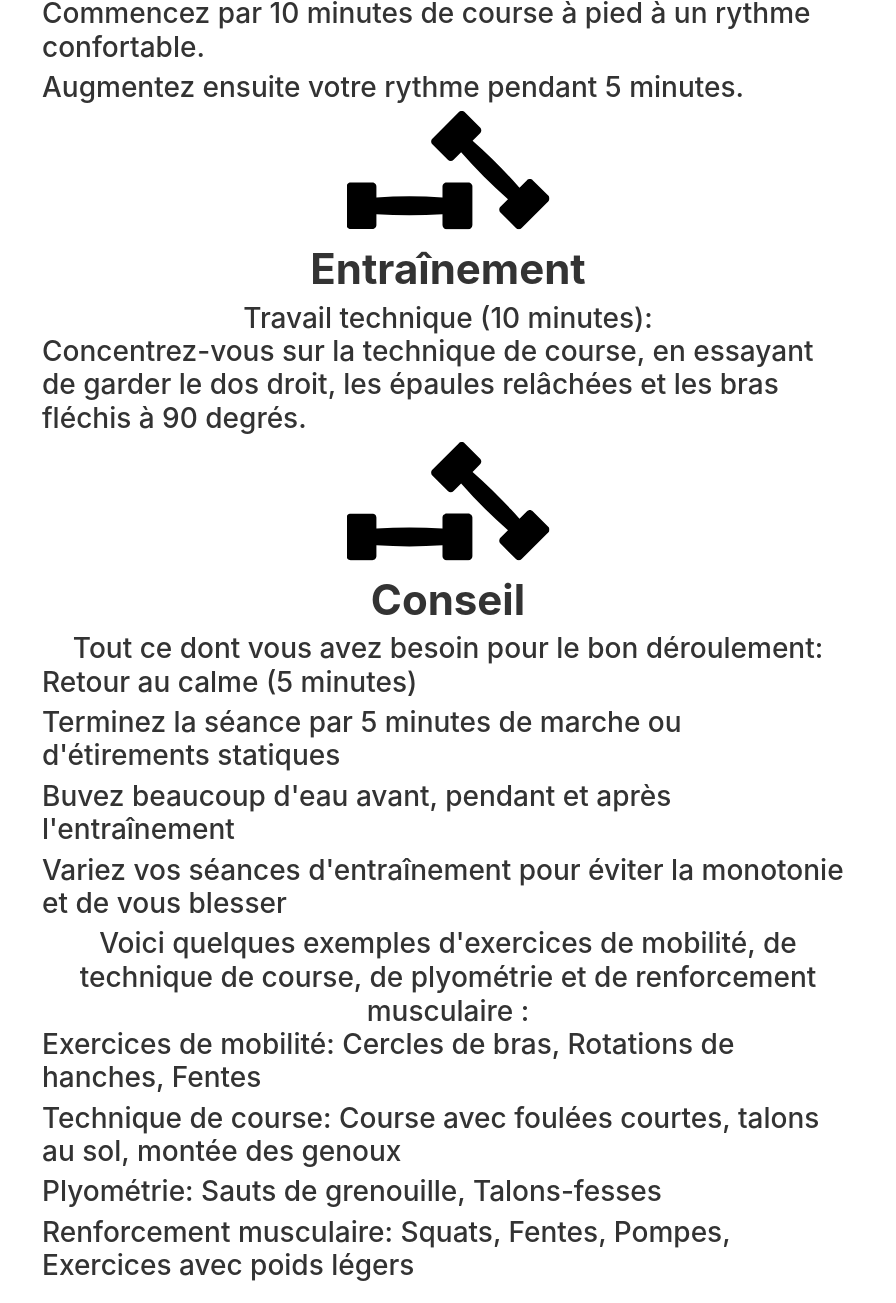
Repository: AdilGHAZAL/MosaiqueWebdoc
Page: /
These files come from the project's save history. The page is drawn as it stood at one moment and after the next save; the edit follows.
The browser window is 1280 px wide. The pictures show the part of the page from y = 0 to 1920 px (the page is 1861 px tall before and 3728 px after), at 70% of full size.
Some web fonts or font styles are not loaded; a fallback is used. The project was rebuilt for these pictures with package versions that can differ from the ones it lists, and the page was loaded fresh each time. Also part of the build but not shown: vite.config.js, src/App.css, src/components/Navbar.css, src/components/Navbar.jsx, src/components/Athletes.css, src/components/Athletes.jsx, src/components/Athletes2.jsx, src/components/Athletes3.jsx and 18 more.

Above is the page before, as saved 2024-05-02 18:36:50.

### index.html
<!doctype html>
<html lang="en">
  <head>
    <meta charset="UTF-8" />
    <link rel="icon" type="image/svg+xml" href="./src/logos/logoMosaique.svg" />
    <meta name="viewport" content="width=device-width, initial-scale=1.0" />
    <title>Mosaique</title>
    <link rel="preconnect" href="https://fonts.googleapis.com">
<link rel="preconnect" href="https://fonts.gstatic.com" crossorigin>
<link href="https://fonts.googleapis.com/css2?family=Mina:wght@400;700&display=swap" rel="stylesheet">
  </head>
  <body>
    <div id="root"></div>
    <script type="module" src="/src/main.jsx"></script>
  </body>
</html>

### src/App.jsx
// App.jsx
import React from 'react';
import { BrowserRouter as Router, Routes, Route} from 'react-router-dom';
import './App.css'; // Import the CSS file
import HomePage from './components/HomePage';
import Athlete1 from './Athelete1/Athlete1'; // Import the NouvellePage component
import LoginScreen from './LoginScreen';
import MainView from './backoffice';
import TrainingPage from './TrainingPage';
const App = () => {
    return (
        <Router>

                <Routes>
                    <Route path="/" element={<TrainingPage/>} />
                    <Route path="/Athlete1" element={<Athlete1/>} />
                    <Route path="/login" element={<LoginScreen/>  }/>
                    <Route path='/backoffice'element={<MainView/>}/>
                </Routes>

        </Router>
    );
};

export default App;

### src/index.css
:root {
  --rose: #E9257F

}

### src/TrainingPage.jsx
import React from 'react';
import './TrainingPage.css';  // Assurez-vous que le chemin vers le fichier CSS est correct

const TrainingPage = () => {
  return (
    <div className="containerTraining">
      <section className="session-info">
        <h2>Tout pour bien commencer</h2>
      </section>

      <div className="sectionMaterial">
        <h1>Séance 45'</h1>
        <img src="./src/assets/Icon2.svg" alt="Icône séance" />
        <h2>Matériel</h2>
        <p>Tout ce dont vous avez besoin pour commencer:</p>
        <ul>
          <li> Chaussures de course</li>
          <li> Piste d'athlétisme (facultatif)</li>
        </ul>
      </div>

      <div className="sectionWarmUp">
        <img src="./src/assets/Icon2.svg" alt="Icône échauffement" />
        <h2>Échauffement</h2>
        <div>
          <p>Course à pied (15 minutes):</p>
          <ul>
            <li>Commencez par 10 minutes de course à pied à un rythme confortable.</li>
            <li>Augmentez ensuite votre rythme pendant 5 minutes.</li>
          </ul>
        </div>
      </div>

      <div className="sectionTraining">
        <img src="./src/assets/Icon2.svg" alt="Icône entraînement" />
        <h2>Entraînement</h2>
        <div>
          <p>Travail technique (10 minutes):</p>
          <ul>
            <li>Concentrez-vous sur la technique de course, en essayant de garder le dos droit, les épaules relâchées et les bras fléchis à 90 degrés.</li>
          </ul>
        </div>
      </div>

      <div className="sectionAdvice">
        <img src="./src/assets/Icon2.svg" alt="Icône conseil" />
        <h2>Conseil</h2>
        <div>
          <p>Tout ce dont vous avez besoin pour le bon déroulement:</p>
          <ul>
            <li>Retour au calme (5 minutes)</li>
            <li>Terminez la séance par 5 minutes de marche ou d'étirements statiques</li>
            <li>Buvez beaucoup d'eau avant, pendant et après l'entraînement</li>
            <li>Variez vos séances d'entraînement pour éviter la monotonie et de vous blesser</li>
          </ul>
          <p>Voici quelques exemples d'exercices de mobilité, de technique de course, de plyométrie et de renforcement musculaire :</p>
          <ul>
            <li>Exercices de mobilité: Cercles de bras, Rotations de hanches, Fentes</li>
            <li>Technique de course: Course avec foulées courtes, talons au sol, montée des genoux</li>
            <li>Plyométrie: Sauts de grenouille, Talons-fesses</li>
            <li>Renforcement musculaire: Squats, Fentes, Pompes, Exercices avec poids légers</li>
          </ul>
        </div>
      </div>
    </div>
  );
};

export default TrainingPage;

### src/components/HomePage.css
/* App.css */
body {
    margin: 0;
    background-color: #ffffff;
    color: #000000;
    display: flex;
    flex-direction: column;
    align-items: center;
    justify-content: center;
    min-height: 100vh;

  }

  .app-container {
      font-family: "SF Pro Display-Medium", Helvetica;
    width: 100vw;
    height: 100%;
    min-height: 100vh;
    /*  background-image: url('./assets/ub1.png');*/
    display: flex;
    flex-direction: column;
    margin: auto;
    background-color: #ffffff;
  }

  .main-title {
    font-family: 'SF Pro Display', sans-serif;
    font-size: 70px;
    font-weight: 500;
    line-height: 83.54px;
    text-align: center;
    margin-top: 100px;
  }

  .bold-text {
    font-weight: 700;
  }

  .content {
    padding: 20px;
    width: 100%;
    max-width: 1200px;
    margin: auto;

  }

  .UBimage {
    width: auto;
  }

  .bottom-text {
    font-size: 18px;
    text-align: center;
    margin-top: 30px;
  }
  .scroll-reveal > * {
    /* text-align: justify; */
    display: inline;
    color:hsl(0deg 22.14% 64.8% / 20%);
    font-size: 60px;
    font-weight: 500;
    background-clip: text;
    background-repeat: no-repeat;
    background-size: 0% 100%;
    background-image: linear-gradient( #E9257F, #ce1f71 );
    animation: scroll-reveal linear forwards;
    animation-timeline: view();
  }

  .scroll-text {

    text-align: justify;
  }
  @keyframes scroll-reveal {
    to {
      background-size: 100% 100%;
    }
  }
  .scroll-reveal p {
    /* font-family: SF Pro Display; */


  }

  .scrollPhotos {
    display: flex;
    justify-content: flex-start; /* Align photos to the maximum left */
    width: 100%;
    overflow-x: auto; /* Enable horizontal scrolling if photos exceed container width */
    padding: 20px 0; /* Optional padding */
  }

### src/TrainingPage.css
/* Base styling */
* {
    box-sizing: border-box;
    margin: 0;
    padding: 0;
  }

  body, html {
    width: 100%;
    height: 100%;
  }

  .containerTraining {
    font-family: 'SF Pro Display', sans-serif;
    color: #333;
    padding: 20px;
    max-width: 1200px;
    margin: 0 auto;
  }

  h1, h2, p {
    text-align: center;
  }

  ul {
    list-style-type: none;
    padding: 0;
  }

  li {
    margin-bottom: 10px;
  }

  img {
    display: block;
    margin: 0 auto 20px;
  }

  /* Specific section styling */
  .session-info h2 {
    font-size: 70px;
    font-weight: 500;
    line-height: 83.54px;
    text-align: center;
    margin-bottom: 20px;
  }

  .sectionMaterial h1 {
    font-size: 200px;
    font-weight: 700;
    line-height: 238.67px;
    margin-bottom: 20px;
  }

  .sectionMaterial h2, .sectionWarmUp h2, .sectionTraining h2, .sectionAdvice h2 {
    font-size: 60px;
    font-weight: 700;
    line-height: 71.6px;
    margin-bottom: 10px;
  }

  .sectionMaterial p, .sectionWarmUp p, .sectionTraining p, .sectionAdvice p,
  .sectionMaterial ul, .sectionWarmUp ul, .sectionTraining ul, .sectionAdvice ul {
    font-size: 40px;
    font-weight: 500;
    line-height: 47.73px;
  }

Loaded but not shown: src/main.jsx (common file)

After the next save:
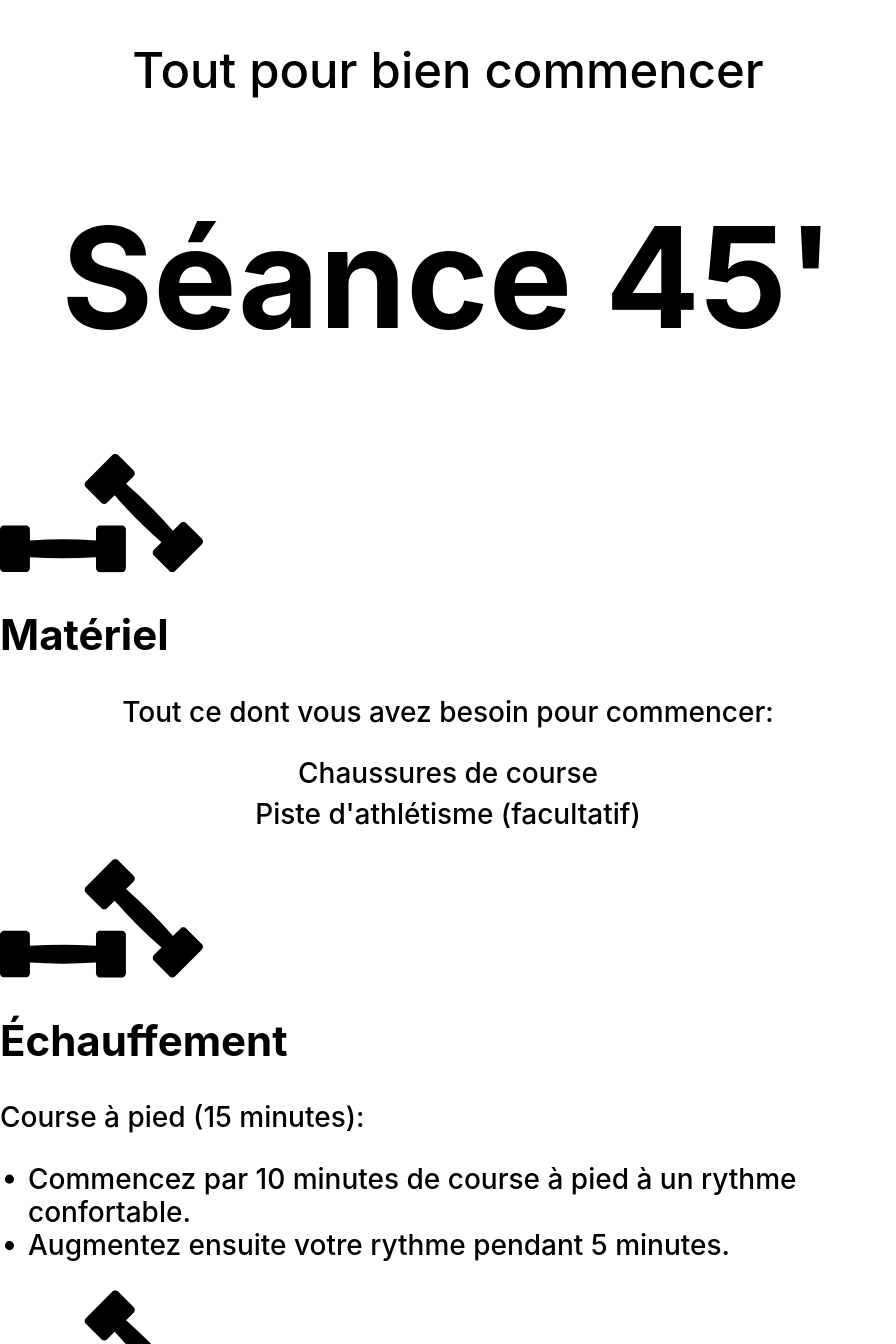
Saved 5 s later.
--- a/src/TrainingPage.css
+++ b/src/TrainingPage.css
@@ -1,67 +1,116 @@
-/* Base styling */
-* {
-    box-sizing: border-box;
-    margin: 0;
-    padding: 0;
-  }
-
-  body, html {
-    width: 100%;
-    height: 100%;
-  }
-
-  .containerTraining {
+/* Styles pour "Tout pour bien commencer" */
+.session-info h2 {
     font-family: 'SF Pro Display', sans-serif;
-    color: #333;
-    padding: 20px;
-    max-width: 1200px;
-    margin: 0 auto;
-  }
-
-  h1, h2, p {
-    text-align: center;
-  }
-
-  ul {
-    list-style-type: none;
-    padding: 0;
-  }
-
-  li {
-    margin-bottom: 10px;
-  }
-
-  img {
-    display: block;
-    margin: 0 auto 20px;
-  }
-
-  /* Specific section styling */
-  .session-info h2 {
     font-size: 70px;
     font-weight: 500;
     line-height: 83.54px;
     text-align: center;
-    margin-bottom: 20px;
   }
 
+  /* Styles pour "Séance 45'" */
   .sectionMaterial h1 {
+    font-family: 'SF Pro Display', sans-serif;
     font-size: 200px;
     font-weight: 700;
     line-height: 238.67px;
-    margin-bottom: 20px;
+    text-align: center;
   }
 
-  .sectionMaterial h2, .sectionWarmUp h2, .sectionTraining h2, .sectionAdvice h2 {
+  /* Styles pour "Matériel" */
+  .sectionMaterial h2 {
+    font-family: 'SF Pro Display', sans-serif;
     font-size: 60px;
     font-weight: 700;
     line-height: 71.6px;
-    margin-bottom: 10px;
+    text-align: justify; /* Notez que 'justify' n'est pas valide pour 'text-align', vous voudriez peut-être utiliser 'justified' dans une classe différente si c'est nécessaire */
   }
 
-  .sectionMaterial p, .sectionWarmUp p, .sectionTraining p, .sectionAdvice p,
-  .sectionMaterial ul, .sectionWarmUp ul, .sectionTraining ul, .sectionAdvice ul {
+  /* Styles pour "Tout ce dont vous avez besoin pour commencer:" et la liste */
+  .sectionMaterial p, .sectionMaterial ul {
+    font-family: 'SF Pro Display', sans-serif;
     font-size: 40px;
     font-weight: 500;
     line-height: 47.73px;
+    text-align: center;
   }
+
+  /* Styles additionnels pour la liste pour garder les icônes alignées */
+  .sectionMaterial ul {
+    padding: 0;
+    list-style-type: none; /* Enlève les puces de la liste */
+  }
+
+  .sectionMaterial li {
+    margin-bottom: 10px; /* Espacement entre les éléments de la liste */
+  }
+
+  .sectionMaterial .icon {
+    font-size: 40px; /* Assure que les icônes ont la même taille de police que le texte */
+    margin-right: 10px; /* Espacement entre l'icône et le texte */
+  }
+  .sectionWarmUp h2 {
+    font-family: 'SF Pro Display', sans-serif;
+    font-size: 60px;
+    font-weight: 700;
+    line-height: 71.6px;
+    text-align: justify; /* Note: 'justify' n'est pas typiquement utilisé pour les titres, envisagez 'left', 'center', ou 'right' */
+  }
+  .sectionWarmUp div p, .sectionWarmUp div ul {
+    font-family: 'SF Pro Display', sans-serif;
+    font-size: 40px;
+    font-weight: 700; /* pour le texte plus gras */
+    line-height: 47.73px;
+    text-align: left;
+  }
+
+  .sectionWarmUp div p, .sectionWarmUp div ul li {
+    font-family: 'SF Pro Display', sans-serif;
+    font-size: 40px;
+    font-weight: 500; /* pour le texte moins gras */
+    line-height: 47.73px;
+    text-align: left;
+  }
+  .sectionTraining h2 {
+    font-family: 'SF Pro Display', sans-serif;
+    font-size: 60px;
+    font-weight: 700;
+    line-height: 71.6px;
+    text-align: justify; /* Note: 'justify' n'est pas typiquement utilisé pour les titres, envisagez 'left', 'center', ou 'right' */
+  }
+  .sectionTraining div p, .sectionTraining div ul {
+    font-family: 'SF Pro Display', sans-serif;
+    font-size: 40px;
+    font-weight: 700; /* pour le texte plus gras */
+    line-height: 47.73px;
+    text-align: left;
+  }
+
+  .sectionTraining div p, .sectionTraining div ul li {
+    font-family: 'SF Pro Display', sans-serif;
+    font-size: 40px;
+    font-weight: 500; /* pour le texte moins gras */
+    line-height: 47.73px;
+    text-align: left;
+  }
+  .sectionAdvice h2 {
+    font-family: 'SF Pro Display', sans-serif;
+    font-size: 60px;
+    font-weight: 700;
+    line-height: 71.6px;
+    text-align: justify; /* Note: 'justify' n'est pas typiquement utilisé pour les titres, envisagez 'left', 'center', ou 'right' */
+  }
+  .sectionAdvice div p, .sectionAdvice div ul {
+    font-family: 'SF Pro Display', sans-serif;
+    font-size: 40px;
+    font-weight: 700; /* pour le texte plus gras */
+    line-height: 47.73px;
+    text-align: left;
+  }
+
+  .sectionAdvice div p, .sectionAdvice div ul li {
+    font-family: 'SF Pro Display', sans-serif;
+    font-size: 40px;
+    font-weight: 500; /* pour le texte moins gras */
+    line-height: 47.73px;
+    text-align: left;
+  }
